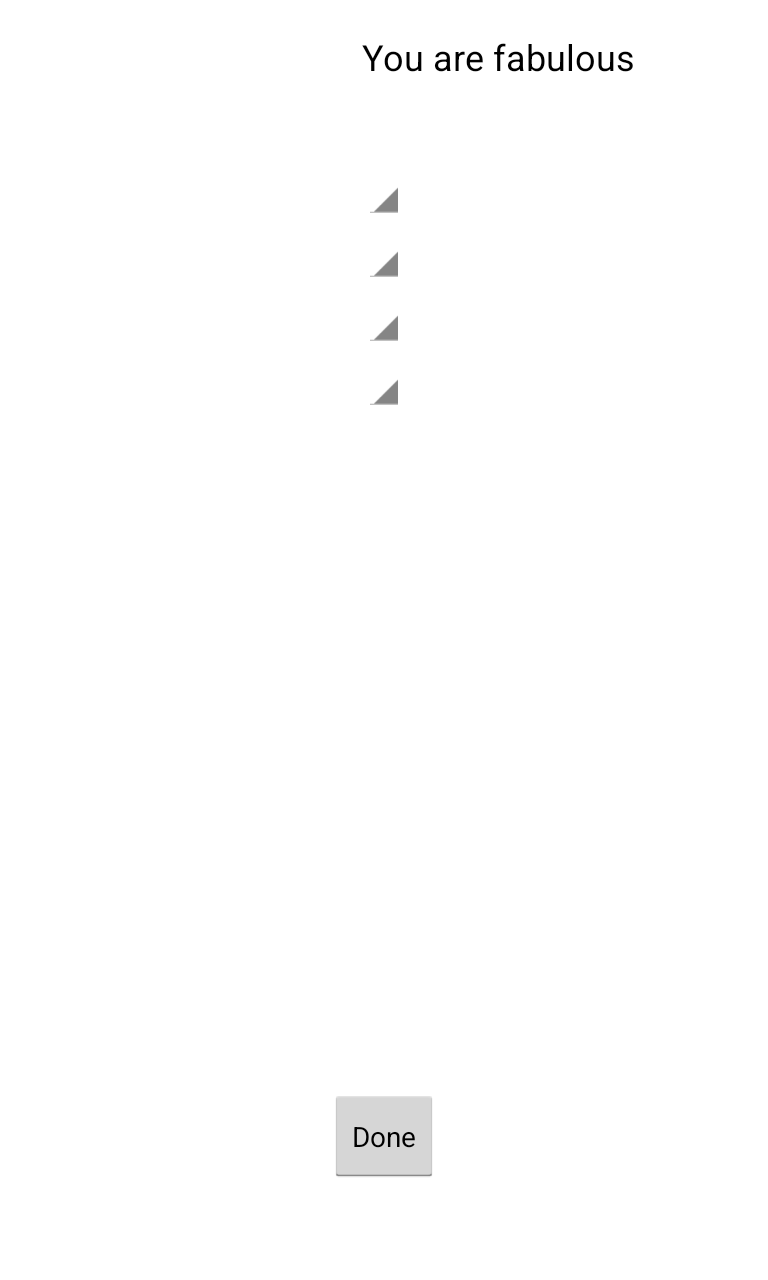
Repository: rtyanas/MyPics
Layout: workspace/MyPic/res/layout/activity_settings.xml
The author's editor kept a copy of each file at every save. The layout is drawn from the files as they stood at one save, then again after the next save.
It is drawn on a 768 x 1280 px phone screen (xhdpi) without system bars, with theme AppTheme; the app's code is not run.

Above is the layout before, as saved 2013-12-16 22:37:07.

### workspace/MyPic/res/layout/activity_settings.xml
<RelativeLayout xmlns:android="http://schemas.android.com/apk/res/android"
    xmlns:tools="http://schemas.android.com/tools"
    android:layout_width="match_parent"
    android:layout_height="match_parent"
    android:paddingBottom="@dimen/activity_vertical_margin"
    android:paddingLeft="@dimen/activity_horizontal_margin"
    android:paddingRight="@dimen/activity_horizontal_margin"
    android:paddingTop="@dimen/activity_vertical_margin"
    tools:context=".SettingsActivity" >

    <Spinner
        android:id="@+id/rotate"
        android:layout_width="wrap_content"
        android:layout_height="wrap_content"
        android:layout_alignLeft="@+id/color"
        android:layout_below="@+id/color" />

    <Spinner
        android:id="@+id/color"
        android:layout_width="wrap_content"
        android:layout_height="wrap_content"
        android:layout_alignLeft="@+id/style"
        android:layout_below="@+id/style" />

    <Spinner
        android:id="@+id/font"
        android:layout_width="wrap_content"
        android:layout_height="wrap_content"
        android:layout_below="@+id/message"
        android:layout_centerHorizontal="true"
        android:layout_marginTop="38dp" />

    <TextView
        android:id="@+id/message"
        android:layout_width="wrap_content"
        android:layout_height="wrap_content"
        android:layout_alignLeft="@+id/font"
        android:layout_alignParentTop="true"
        android:text="@string/init_text"
        android:textAppearance="?android:attr/textAppearanceMedium" />

    <Spinner
        android:id="@+id/style"
        android:layout_width="wrap_content"
        android:layout_height="wrap_content"
        android:layout_alignLeft="@+id/font"
        android:layout_below="@+id/font" />

    <Button
        android:id="@+id/done"
        style="?android:attr/buttonStyleSmall"
        android:layout_width="wrap_content"
        android:layout_height="wrap_content"
        android:layout_alignParentBottom="true"
        android:layout_centerHorizontal="true"
        android:layout_marginBottom="32dp"
        android:text="@string/done" />

</RelativeLayout>

### workspace/MyPic/res/values/strings.xml
<?xml version="1.0" encoding="utf-8"?>
<resources>

    <string name="app_name">MyPic</string>
    <string name="action_settings">Settings</string>
    <string name="hello_world">Hello world!</string>
    <string name="fabulous">You look fabulous</string>
    <string name="my_pic_image">myPic Image</string>
    <string name="get_image">Get Image</string>
    <string name="title_activity_get_image">GetImageActivity</string>
    <string name="title_activity_settings">SettingsActivity</string>
    <string name="init_text">You are fabulous</string>
    <string name="done">Done</string>

</resources>

Loaded but not shown: workspace/MyPic/res/values/styles.xml (common file); workspace/MyPic/res/values-v11/styles.xml (common file); workspace/MyPic/res/values-v14/styles.xml (common file); workspace/MyPic/res/values/dimens.xml (common file)

After the next save:
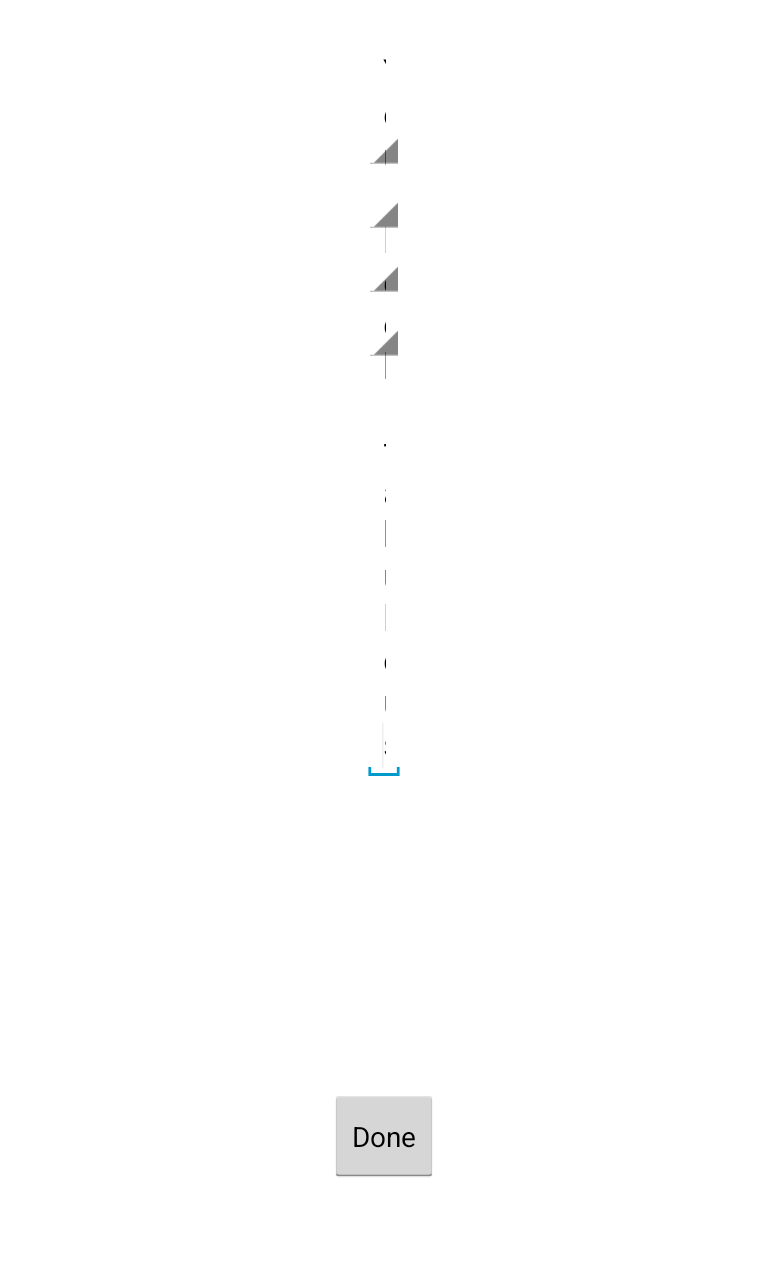
Saved 2 min 32 s later.
--- a/workspace/MyPic/res/layout/activity_settings.xml
+++ b/workspace/MyPic/res/layout/activity_settings.xml
@@ -26,18 +26,8 @@
         android:id="@+id/font"
         android:layout_width="wrap_content"
         android:layout_height="wrap_content"
-        android:layout_below="@+id/message"
         android:layout_centerHorizontal="true"
         android:layout_marginTop="38dp" />
-
-    <TextView
-        android:id="@+id/message"
-        android:layout_width="wrap_content"
-        android:layout_height="wrap_content"
-        android:layout_alignLeft="@+id/font"
-        android:layout_alignParentTop="true"
-        android:text="@string/init_text"
-        android:textAppearance="?android:attr/textAppearanceMedium" />
 
     <Spinner
         android:id="@+id/style"
@@ -56,4 +46,17 @@
         android:layout_marginBottom="32dp"
         android:text="@string/done" />
 
+    <EditText
+        android:id="@+id/editText1"
+        android:layout_width="wrap_content"
+        android:layout_height="wrap_content"
+        android:layout_alignLeft="@+id/font"
+        android:layout_alignParentTop="true"
+        android:layout_alignRight="@+id/font"
+        android:ems="10"
+        android:text="@string/fabulous" >
+
+        <requestFocus />
+    </EditText>
+
 </RelativeLayout>
